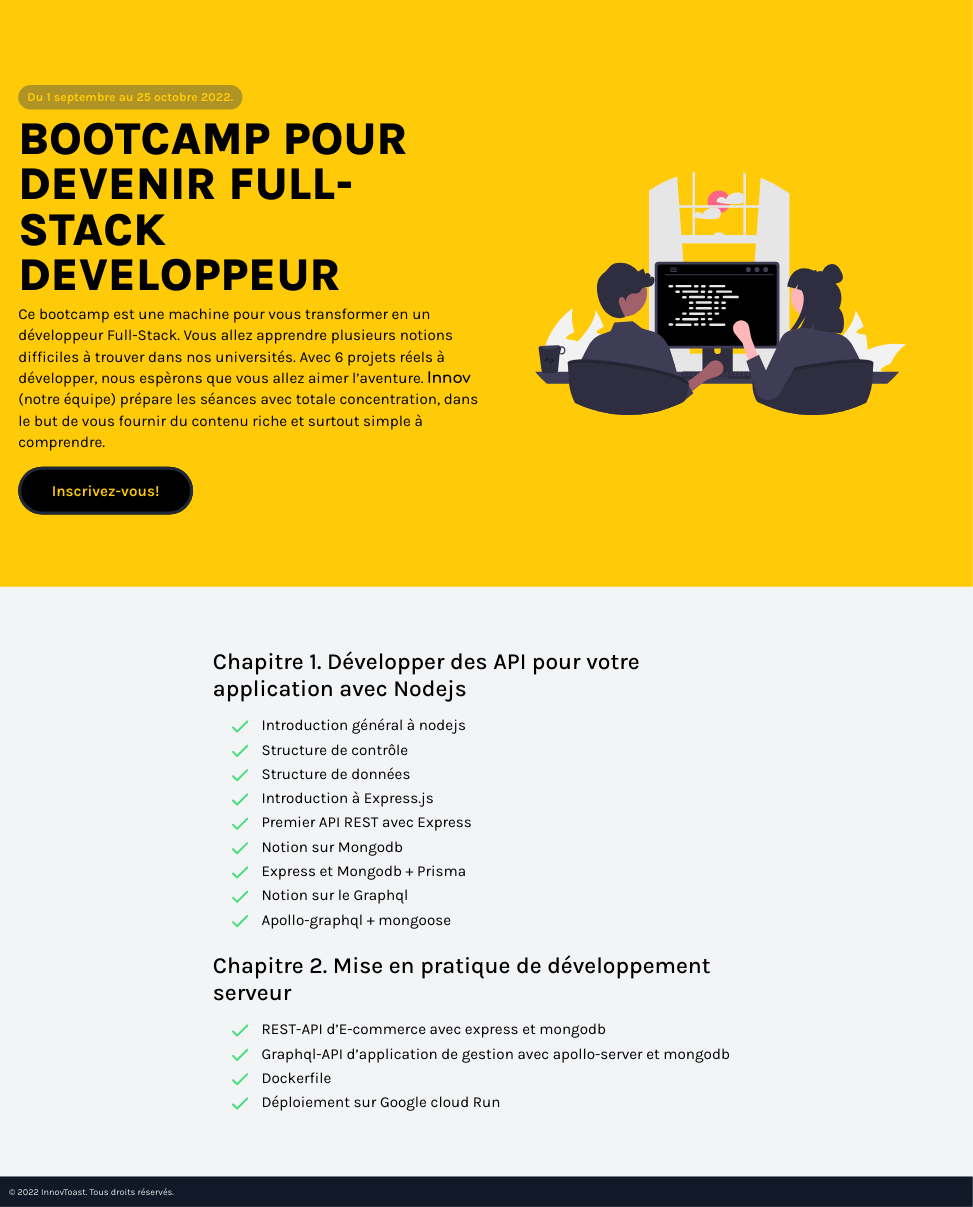
Repository: alfredlwanzo/course
Page: /
The author's editor kept a copy of each file at every save. The page is drawn from the files as they stood at one save, then again after the next save.
The browser window is 1280 px wide. The pictures show the whole page, at 76% of full size.
The project was rebuilt for these pictures with package versions that can differ from the ones it lists, and the page was loaded fresh each time. The framework's server and built-in components were replaced by stand-ins that run in the browser. Also part of the build but not shown: next.config.js.

Above is the page before, as saved 2022-08-08 18:05:23.

After the next save:
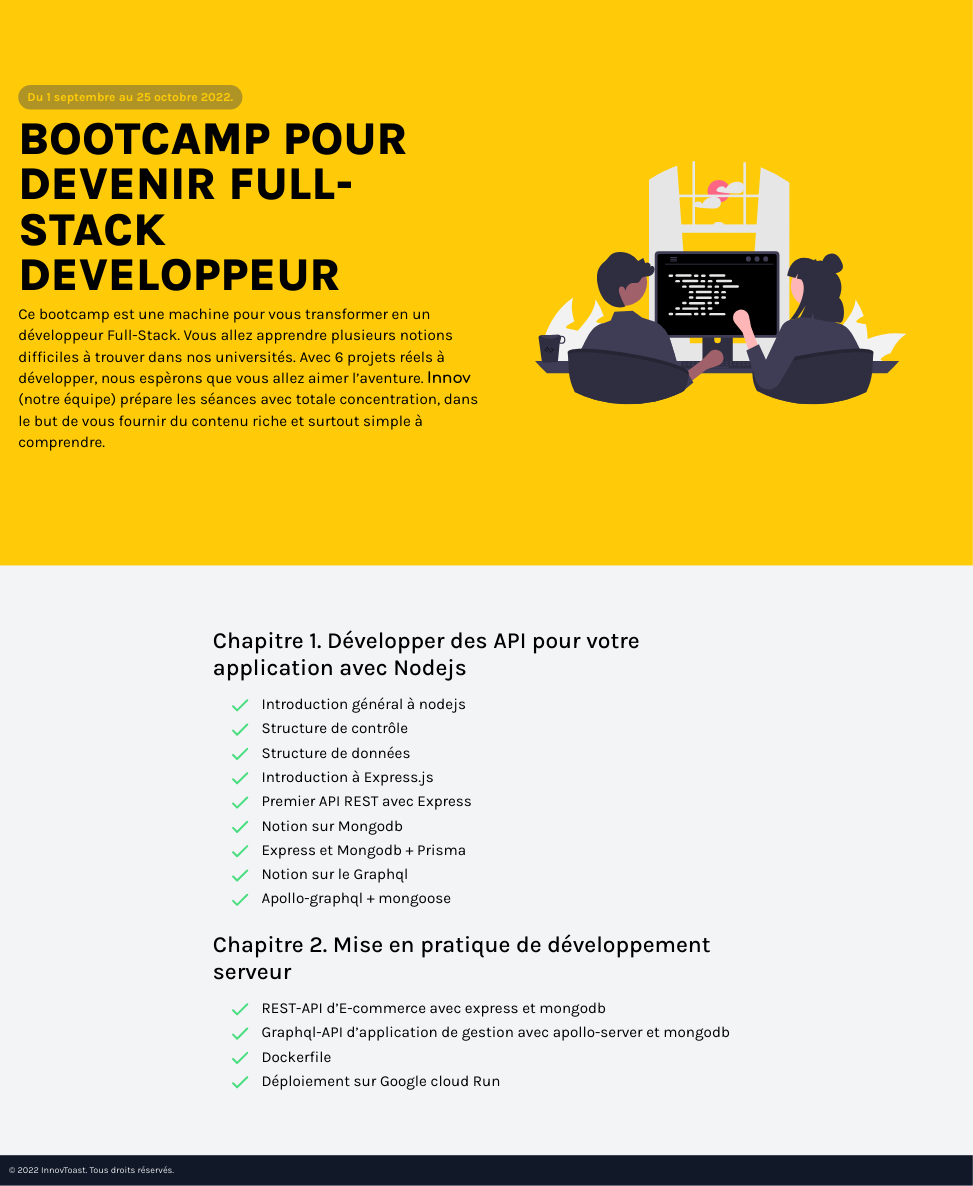
Saved 4 s later.
--- a/src/components/sections/Home.tsx
+++ b/src/components/sections/Home.tsx
@@ -24,9 +24,7 @@
             de vous fournir du contenu riche et surtout simple à comprendre.
           </p>
           <div className="mt-9">
-            <a href="https://wa.me/+243978154329" target="_blank" rel="noreferrer" className="bg-black text-primary py-4 px-10 text-xl font-semibold rounded-full border-4 border-gray-800 hover:bg-opacity-95 hover:border-gray-900">
-                Inscrivez-vous!
-            </a>
+
           </div>
         </div>
         <div className="flex items-center justify-center">
